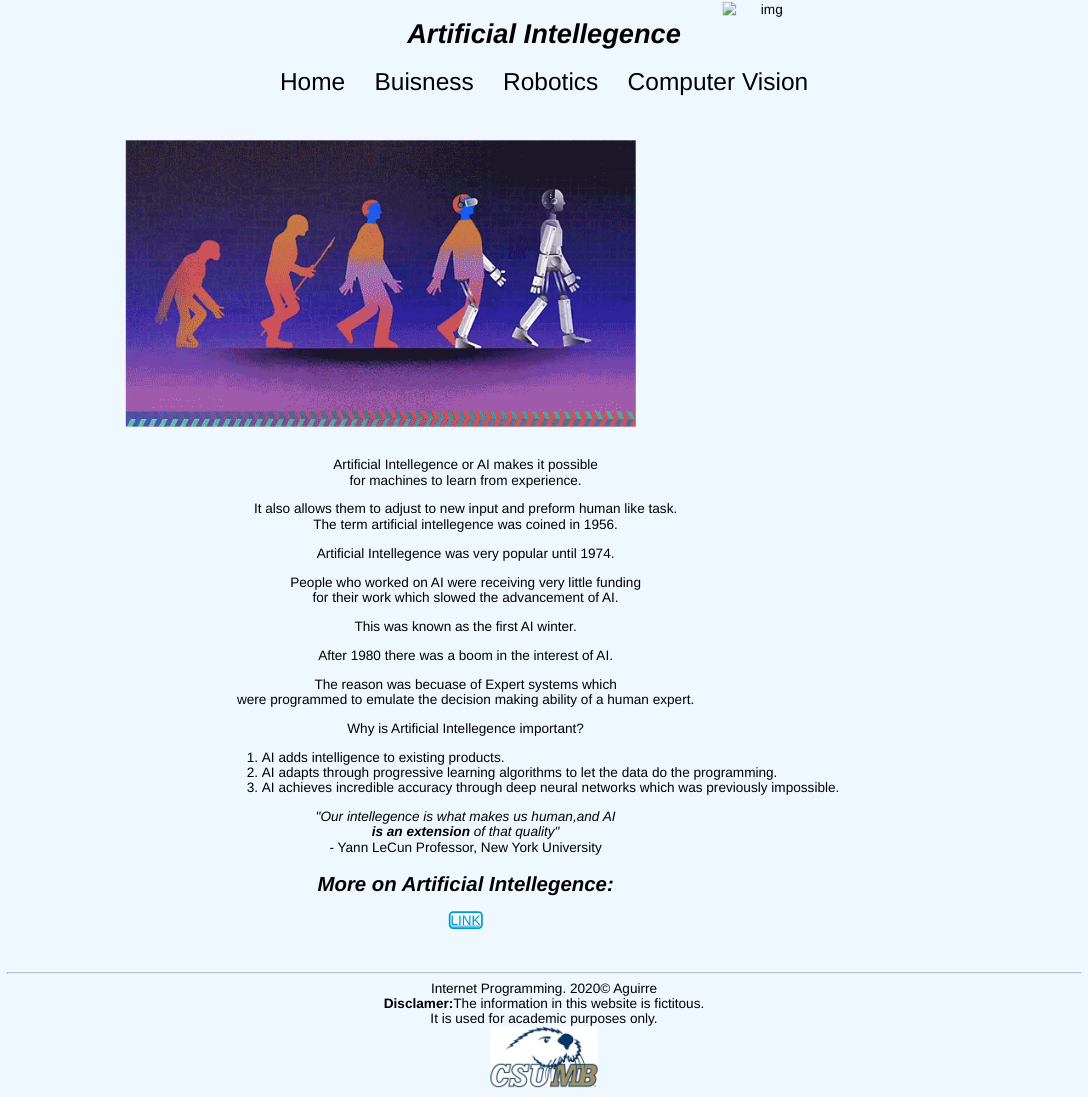
Repository: julioaguirre23/CST336Assignment4
Page: http://localhost/
The author's editor kept a record of every edit. The page is drawn from the files as they stood at one moment, then again after the next edit.
The browser window is 1280 px wide. The pictures show the whole page, at 85% of full size.
The page is served by the project's Node server (index.js).

Above is the page before.

After the next edit:
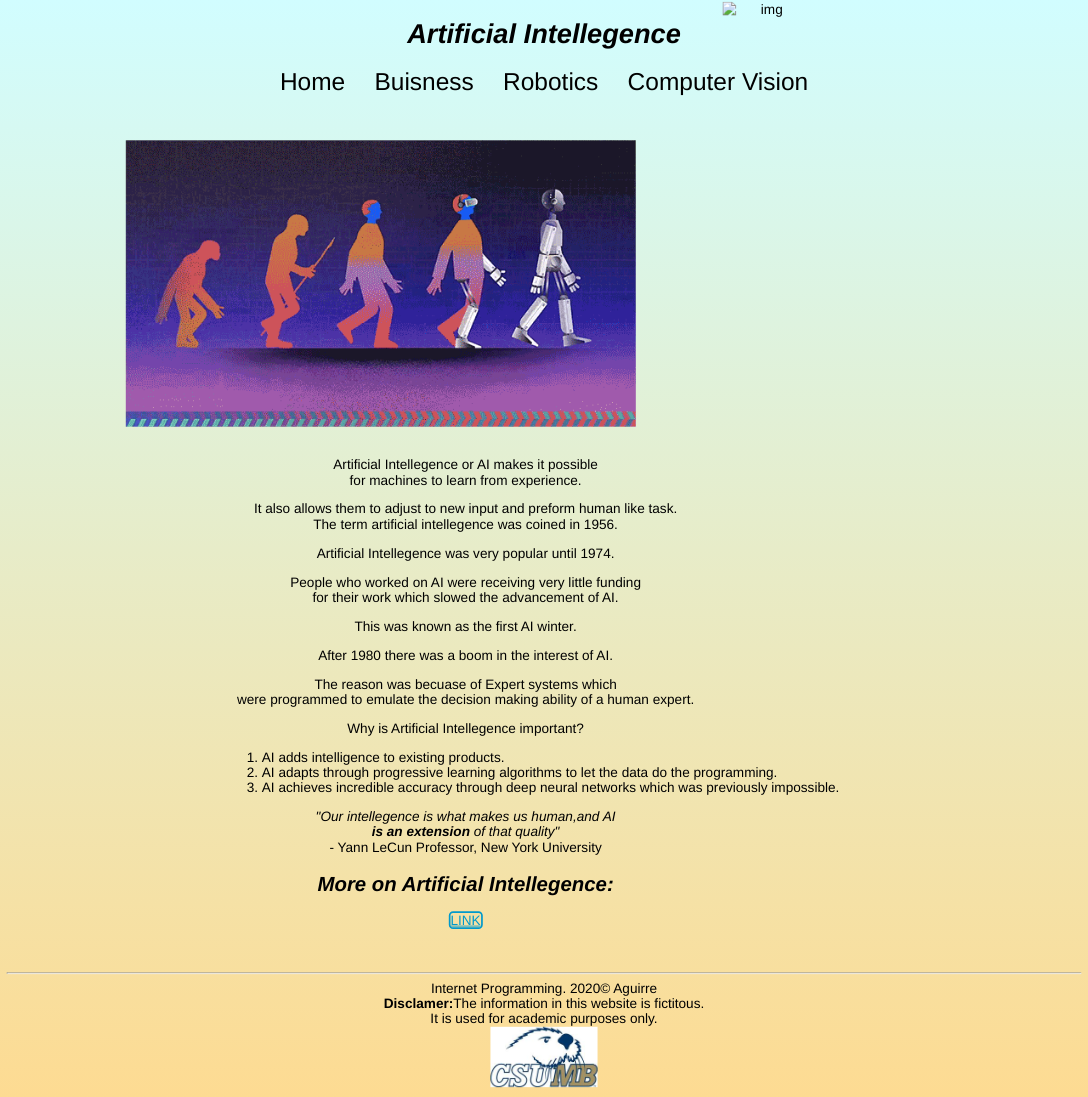
The edit:
--- a/css/app.css
+++ b/css/app.css
@@ -19,7 +19,7 @@
     font-style: oblique;
 }
 body{
-    background-color:#F0F8FF;
+    background-image: linear-gradient(to top, #fddb92 0%, #d1fdff 100%);
     color:black;
 }
 header, main, nav, footer{
